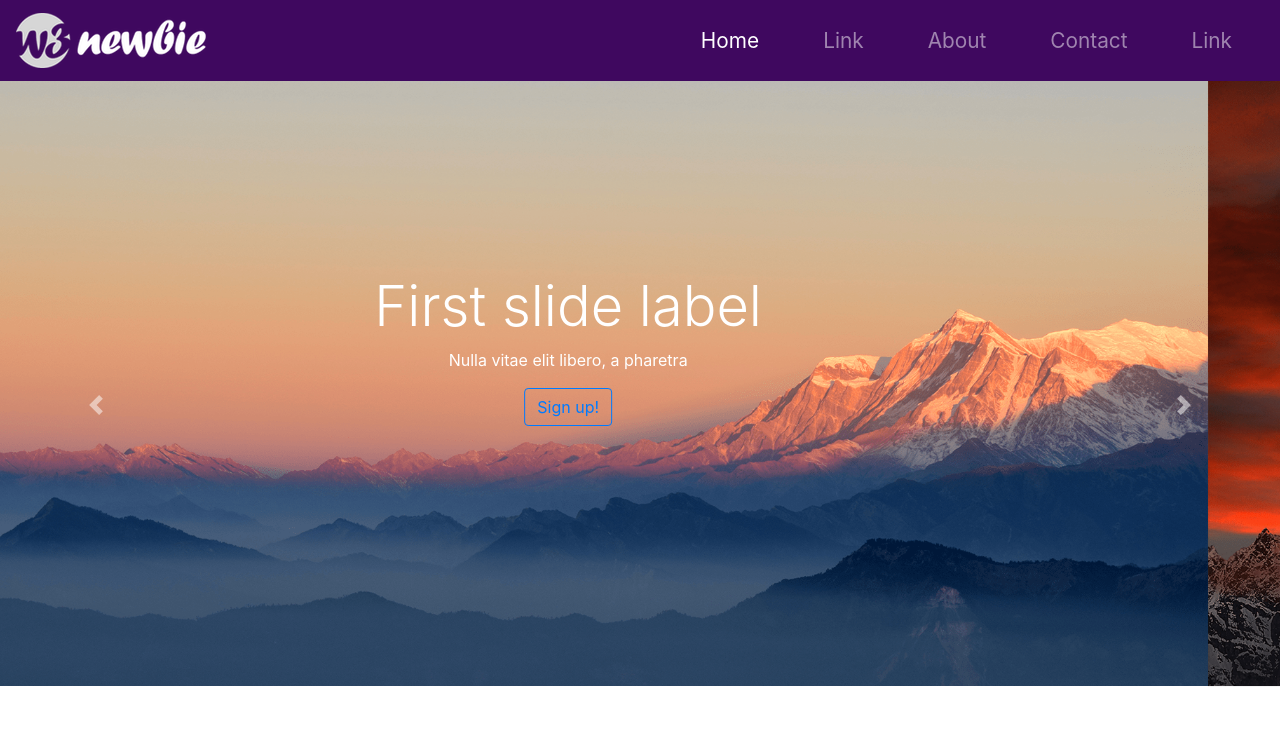
Repository: Mietlicha/bootstrap-project
Page: Bootstrap Website Files/index.html
An editor plug-in stored every save of this project. The page is shown before and after the next save, followed by the edit.
The browser window is 1280 px wide. The pictures show the whole page.

Above is the page before, as saved 2019-10-28 22:07:55.

### Bootstrap Website Files/index.html
<!DOCTYPE html>
<html lang="en">

<head>
  <title>Bootstrap Website Tutorial</title>
  <meta charset="utf-8">
  <meta name="viewport" content="width=device-width, initial-scale=1">
  <link rel="stylesheet" href="https://stackpath.bootstrapcdn.com/bootstrap/4.3.1/css/bootstrap.min.css"
    integrity="sha384-ggOyR0iXCbMQv3Xipma34MD+dH/1fQ784/j6cY/iJTQUOhcWr7x9JvoRxT2MZw1T" crossorigin="anonymous">
  <link rel="stylesheet" href="https://cdnjs.cloudflare.com/ajax/libs/font-awesome/4.7.0/css/font-awesome.min.css">
  <link rel="stylesheet" href="..//style.css">
</head>

<body>
  <!--Navbar-->
  <nav class="navbar navbar-expand-md navbar-dark bg-violet">
    <a class="navbar-brand" href="#"><img src="img/w3newbie.png" alt="logo"></a>
    <button class="navbar-toggler" type="button" data-toggle="collapse" data-target="#navbarSupportedContent"
      aria-controls="navbarSupportedContent" aria-expanded="false" aria-label="Toggle navigation">
      <span class="navbar-toggler-icon"></span>
    </button>

    <div class="collapse navbar-collapse" id="navbarSupportedContent">
      <ul class="navbar-nav ml-auto">
        <li class="nav-item active">
          <a class="nav-link" href="#">Home <span class="sr-only">(current)</span></a>
        </li>
        <li class="nav-item">
          <a class="nav-link" href="#">Link</a>
        </li>
        <li class="nav-item">
          <a class="nav-link" href="#">About</a>
        </li>
        <li class="nav-item">
          <a class="nav-link" href="#">Contact</a>
        </li>
        <li class="nav-item">
          <a class="nav-link" href="#">Link</a>
        </li>
      </ul>
    </div>
  </nav>

   <!--Slider-->
   <div id="carouselExampleIndicators" class="carousel slide" data-ride="carousel">
      <ol class="carousel-indicators">
        <li data-target="#carouselExampleIndicators" data-slide-to="0" class="active"></li>
        <li data-target="#carouselExampleIndicators" data-slide-to="1"></li>
        <li data-target="#carouselExampleIndicators" data-slide-to="2"></li>
      </ol>
      <div class="carousel-inner">
        <div class="carousel-item active">
          <img src="img/mountains.png" class="d-block w-100 d-relative" alt="mountains">
          <div class="carousel-caption d-absolute">
              <h1 class="display-4">First slide label</h1>
              <p>Nulla vitae elit libero, a pharetra</p>
              <button type="button" class="btn btn-outline-primary mb-5">Sign up!</button>
          </div>
        </div>
        <div class="carousel-item">
          <img src="img/red.png" class="d-block w-100" alt="dusk at mountains">
        </div>
        <div class="carousel-item">
          <img src="img/snow.png" class="d-block w-100" alt="snowy mountains">
        </div>
      </div>
      <a class="carousel-control-prev" href="#carouselExampleIndicators" role="button" data-slide="prev">
        <span class="carousel-control-prev-icon" aria-hidden="true"></span>
        <span class="sr-only">Previous</span>
      </a>
      <a class="carousel-control-next" href="#carouselExampleIndicators" role="button" data-slide="next">
        <span class="carousel-control-next-icon" aria-hidden="true"></span>
        <span class="sr-only">Next</span>
      </a>
    </div>

  <script src="https://code.jquery.com/jquery-3.3.1.slim.min.js"
    integrity="sha384-q8i/X+965DzO0rT7abK41JStQIAqVgRVzpbzo5smXKp4YfRvH+8abtTE1Pi6jizo"
    crossorigin="anonymous"></script>
  <script src="https://cdnjs.cloudflare.com/ajax/libs/popper.js/1.14.7/umd/popper.min.js"
    integrity="sha384-UO2eT0CpHqdSJQ6hJty5KVphtPhzWj9WO1clHTMGa3JDZwrnQq4sF86dIHNDz0W1"
    crossorigin="anonymous"></script>
  <script src="https://stackpath.bootstrapcdn.com/bootstrap/4.3.1/js/bootstrap.min.js"
    integrity="sha384-JjSmVgyd0p3pXB1rRibZUAYoIIy6OrQ6VrjIEaFf/nJGzIxFDsf4x0xIM+B07jRM"
    crossorigin="anonymous"></script>
</body>

</html>

### style.css
*{
    box-sizing: border-box;
}

body{
    margin: 0;
    padding: 0;
}

/*Navbar*/
.bg-violet{
    background-color: rgb(63, 8, 95);
}

.nav-item{
    padding: 0 1.5rem;
    font-size: 1.3rem;
}

.navbar-dark .navbar-nav .nav-link:hover {
    color: rgb(255,255,255);
}

/*Slider*/

.carousel-item{
    width: 100%;
    height: 90vh;
}
.carousel-indicators > li {
    width: 10px;
    height: 10px;
    border-radius: 50%;
  }

  .position-carusel-caption{
    position: relative;
  }

.carousel-caption{
    position: absolute;
    /* top: 50%;
    left: 50%;
    background-color: #fff; */
    top: 50%;
    transform: translateY(-50%);
    /* bottom: initial; */
}

@media(max-width:768px){
    .carousel-caption{
        top: 30%;
        transform: translateY(-50%);
        font-size: 0.5rem;
    }
}

After the next save:
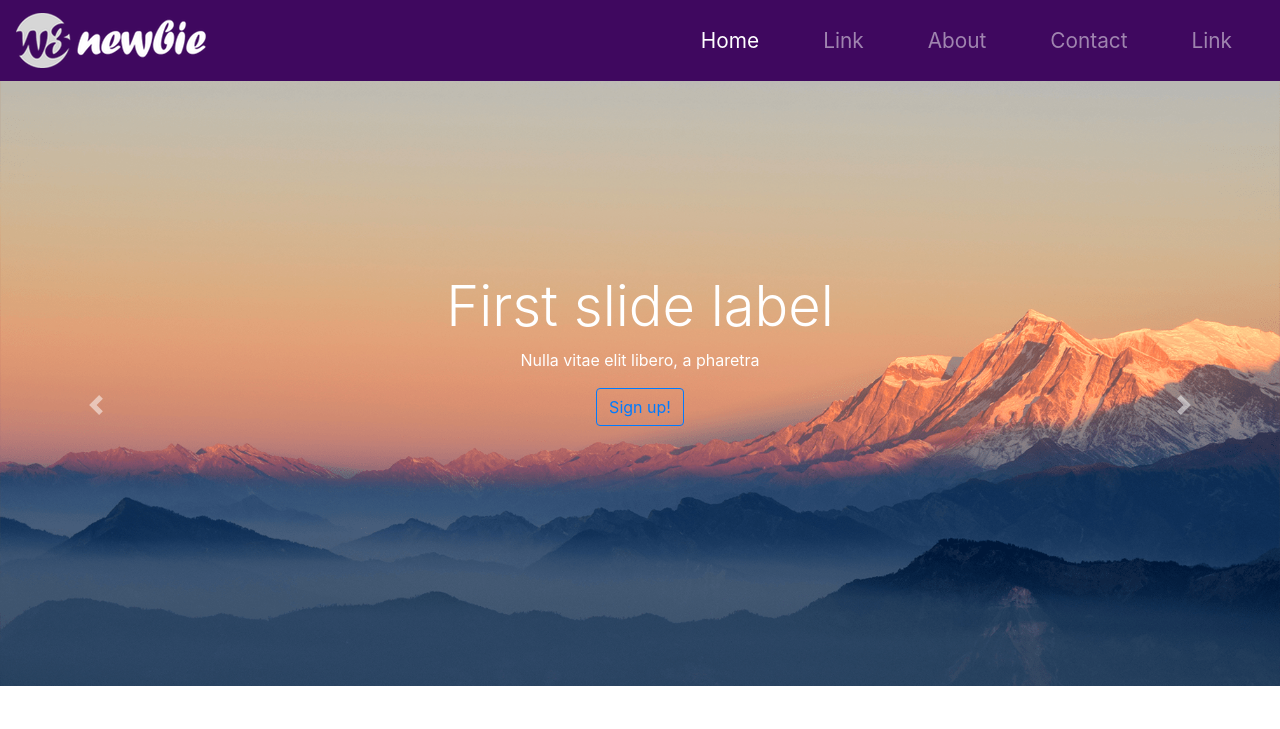
Saved 3 min 45 s later.
--- a/Bootstrap Website Files/index.html
+++ b/Bootstrap Website Files/index.html
@@ -42,7 +42,7 @@
   </nav>
 
    <!--Slider-->
-   <div id="carouselExampleIndicators" class="carousel slide" data-ride="carousel">
+   <div id="carouselExampleIndicators" class="carousel slide" data-interval="false" data-ride="carousel">
       <ol class="carousel-indicators">
         <li data-target="#carouselExampleIndicators" data-slide-to="0" class="active"></li>
         <li data-target="#carouselExampleIndicators" data-slide-to="1"></li>
@@ -50,8 +50,8 @@
       </ol>
       <div class="carousel-inner">
         <div class="carousel-item active">
-          <img src="img/mountains.png" class="d-block w-100 d-relative" alt="mountains">
-          <div class="carousel-caption d-absolute">
+          <img src="img/mountains.png" class="d-block w-100 position-carusel-caption" alt="mountains">
+          <div class="carousel-caption">
               <h1 class="display-4">First slide label</h1>
               <p>Nulla vitae elit libero, a pharetra</p>
               <button type="button" class="btn btn-outline-primary mb-5">Sign up!</button>
